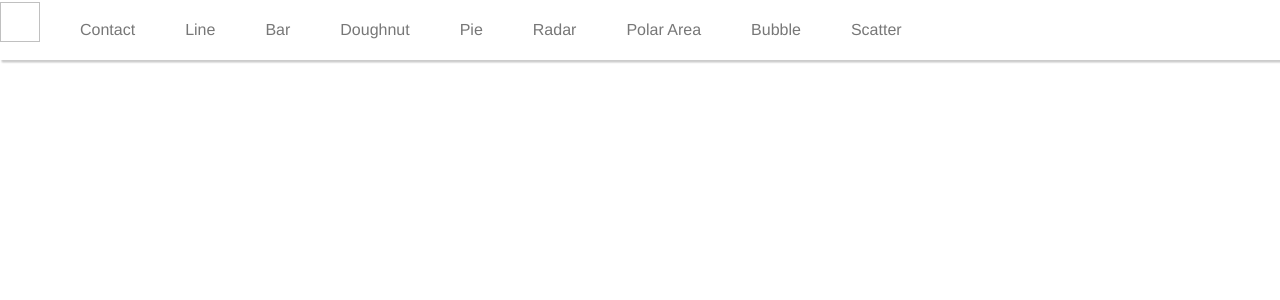
Repository: nashthecoder/vue_learn
Page: /dashboard (app in client/)
An editor plug-in stored every save of this project. The page is shown before and after the next save, followed by the edit.
The browser window is 1280 px wide. The pictures show the whole page.
The project was rebuilt for these pictures with package versions that can differ from the ones it lists, and the page was loaded fresh each time. Imported but missing from the stored project, and not drawn on this page: client/src/views/Home.vue.

Above is the page before, as saved 2020-12-24 22:25:44.

### client/public/index.html
<!DOCTYPE html>
<html lang="en">
  <head>
    <meta charset="utf-8">
    <meta http-equiv="X-UA-Compatible" content="IE=edge">
    <meta name="viewport" content="width=device-width,initial-scale=1.0">
    <link rel="icon" href="<%= BASE_URL %>favicon.ico">
    <title>Visualizations</title>
  </head>
  <body>
    <noscript>
      <strong>We're sorry but client doesn't work properly without JavaScript enabled. Please enable it to continue.</strong>
    </noscript>
    <div id="app"></div>
    <!-- built files will be auto injected -->
  </body>
</html>

### client/src/main.js
import Vue from "vue";
import App from "./App.vue";
import "bootstrap/dist/css/bootstrap.css";
import router from "./router";

Vue.config.productionTip = false;

new Vue({
  router,
  render: h => h(App)
}).$mount("#app");

### client/src/App.vue
<template>
  <div id="app">
    <ResponsiveNav
      :nav-links="navLinks"
      background="#fff"
      link-color="#777"
      hoverBackground="#ddd"
    />
    <router-view />
  </div>
</template>
<script>
import ResponsiveNav from "@/components/ResponsiveNav";
export default {
  components: {
    ResponsiveNav
  },
  data: () => ({
    navLinks: [
      {
        text: "Contact",
        path: "/contact"
      },
      {
        text: "Line",
        path: "/line"
      },
      {
        text: "Bar",
        path: "/bar"
      },
      {
        text: "Doughnut",
        path: "/doughnut"
      },
      {
        text: "Pie",
        path: "/pie"
      },
      {
        text: "Radar",
        path: "/radar"
      },
      {
        text: "Polar Area",
        path: "/polar-area"
      },
      {
        text: "Bubble",
        path: "/bubble"
      },
      {
        text: "Scatter",
        path: "/scatter"
      }
    ]
  })
};
</script>
<style>
body {
  margin: 0;
}
#app {
  font-family: "Avenir", Helvetica, Arial, sans-serif;
  -webkit-font-smoothing: antialiased;
  -moz-osx-font-smoothing: grayscale;
  text-align: center;
  color: #2c3e50;
}
#nav {
  padding: 30px;
}

#nav a {
  font-weight: bold;
  color: #2c3e50;
}

#nav a.router-link-exact-active {
  color: #42b983;
}
</style>

### client/src/router.js
import Vue from "vue";
import VueRouter from "vue-router";
import Home from "./views/Home.vue";

Vue.use(VueRouter);

const routes = [
  {
    path: "/",
    name: "Home",
    component: Home
  },
  {
    path: "/dashboard",
    name: "Dashboard",
    component: () => import("./views/Dashboard.vue")
  },
  {
    path: "/line",
    name: "Line",
    component: () => import("./views/Line.vue")
  },
  {
    path: "/bar",
    name: "Bar",
    component: () => import("./views/Bar.vue")
  },
  {
    path: "/doughnut",
    name: "Doughnut",
    component: () => import("./views/Doughnut.vue")
  },
  {
    path: "/pie",
    name: "Pie",
    component: () => import("./views/Pie.vue")
  },
  {
    path: "/radar",
    name: "Radar",
    component: () => import("./views/Radar.vue")
  },
  {
    path: "/polar-area",
    name: "PolarArea",
    component: () => import("./views/PolarArea.vue")
  },
  {
    path: "/bubble",
    name: "Bubble",
    component: () => import("./views/Bubble.vue")
  },
  {
    path: "/scatter",
    name: "Scatter",
    component: () => import("./views/Scatter.vue")
  }
];
const router = new VueRouter({
  mode: "history",
  base: process.env.BASE_URL,
  routes
});

export default router;

### client/src/components/ResponsiveNav.vue
<template>
  <nav :style="{ background: background || '#333' }">
    <ul :style="{ background: background || '#333' }"ref="nav">
      <figure class="image-logo" @click="toggleNav">
        <img :src="imagePath" height="40px" width="40px" />
      </figure>
      <li
        v-for="(link, index) in navLinks" :key="index"
        @mouseenter="$event.currentTarget.style.background = hoverBackground || '#999'"
		  	@mouseleave="$event.currentTarget.style.background = background || '#333'"
        >
        <router-link
					:to="link.path"
					:style="{ color: linkColor || '#DDD' }"
				>
					{{ link.text }}
					<i :class="link.icon" />
				</router-link>
      </li>
    </ul>
  </nav>
</template>
<script>
export default {
	props: ['navLinks', 'background', 'linkColor', 'hoverBackground', 'imagePath'],
	methods: {
		toggleNav () {
			const nav = this.$refs.nav.classList
			nav.contains('active') ? nav.remove('active') : nav.add('active')
		}
	}
}
</script>

<style scoped lang="scss">
nav {
	height: 60px;
	width: 100%;
	box-shadow: 2px 2px 2px #CCC;
	ul {
		display: flex;
		height: 100%;
		align-items: center;
		margin-block-start: 0;
		margin-block-end: 0;
		padding-inline-start: 0;
		box-shadow: 2px 2px 2px #CCC;
		figure {
			cursor: pointer;
			margin-right: 10px;
		}
		a {
			text-decoration: none;
			display: flex;
			flex-direction: row-reverse;
			align-items: center;
		}
		i {
			margin-right: 10px;
			font-size: 22px;
		}
		li {
			list-style-type: none;
			padding: 10px 20px;
		}
	}
}
@media screen and (max-width: 759px) {
	nav {
		ul {
			position: absolute;
			width: 300px;
			flex-direction: column;
			left: -240px;
			transition: 300ms ease all;
			top: 60px;
			&.active {
				left: 0px;
			}
			figure {
				position: fixed;
				z-index: 1;
				top: 10px;
				left: 2px;
			}
			li {
				width: 100%;
				padding-left: 0;
				padding-right: 0;
			}
			a {
				flex-direction: row;
				margin-left: 20px;
				justify-content: space-between;
				margin-right: 13px;
			}
		}
	}
}
</style>

### client/src/views/Dashboard.vue
<template>
  <b-sidebar />
</template>

<script>
// import axios from "axios";
import { BSidebar } from "bootstrap-vue";

export default {
  components: {
    BSidebar
  },
  data() {
    return {};
  }
};
</script>

<style scoped></style>

After the next save:
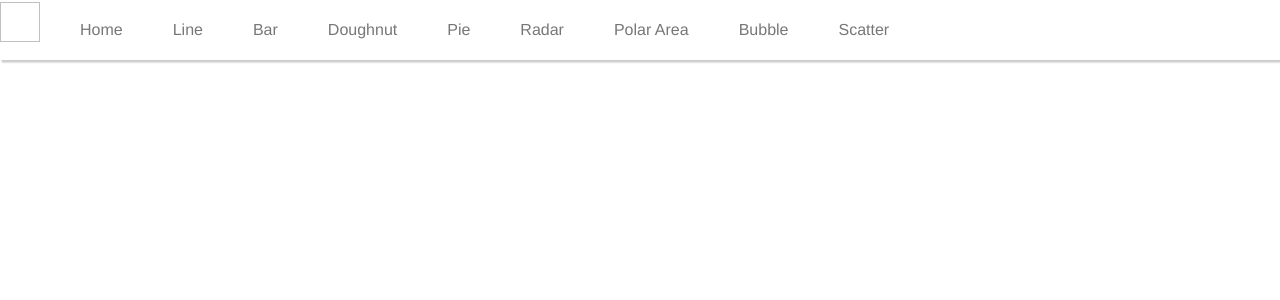
Saved 56 s later.
--- a/client/src/App.vue
+++ b/client/src/App.vue
@@ -18,8 +18,8 @@ export default {
   data: () => ({
     navLinks: [
       {
-        text: "Contact",
-        path: "/contact"
+        text: "Home",
+        path: "/"
       },
       {
         text: "Line",
